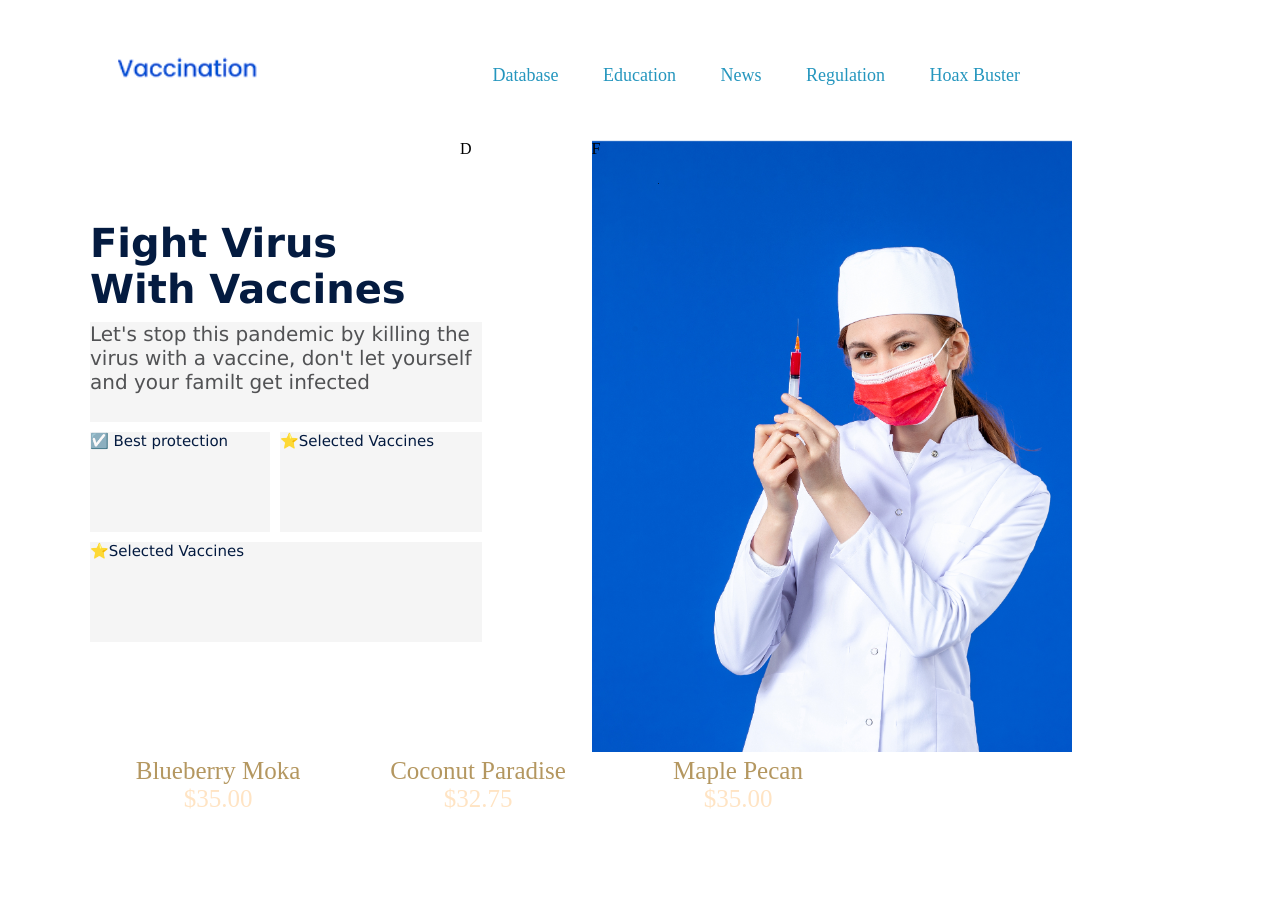
Repository: roge64/cssfrontend
Page: index.html
The author's editor kept a copy of each file at every save. The page is drawn from the files as they stood at one save, then again after the next save.
The browser window is 1280 px wide. The pictures show the part of the page from y = 0 to 912 px (the page is 2228 px tall before and 2338 px after).
A picture or video elsewhere on the page could not be fetched, so the positions and the page height are approximate.

Above is the page before, as saved 2022-03-10 17:00:22.

### index.html
<!DOCTYPE html>
<html lang="en">

<head>
    <meta charset="UTF-8">
    <meta http-equiv="X-UA-Compatible" content="IE=edge">
    <meta name="viewport" content="width=device-width, initial-scale=1.0">
    <title>3 Cakes</title>
    <link rel="stylesheet" href="estilos/estilos.css">


</head>

<body>

    <section id="container">

        <header>
            <!--             <p style="color:#b49760"> Only 3 cakes for 3 months, and then we change all! </p> -->

        </header>

    <section id="banner">

        <article id="banner1">

        </article>

        <article id="banner2">
            <ul class="menu">
                <li><a href="#home"></a>Database</li>
                <li><a href="#cakes"></a>Education</li>
                <li><a href="#decor"></a>News</li>
                <li><a href="#order"></a>Regulation</li>
                <li><a href="#admin"></a>Hoax Buster</li>
                <!-- <li><a href="#void"></a>   </li> -->
            </ul>
        </article>

    </section>


<!--     <section id="tienda">
        <article id="cake1"> </article>
        <article id="cake2"> </article>
        <div class="wrapper">
            <div class="box e">E</div>
            <div class="box f">F</div>
            <div class="box g">G</div>
            <div class="box h">H</div>
        </div>
    </section> -->

    <div class="wrapper">
        <div class="box d">D</div>
        <div class="box e" style="color:#041b40">Fight Virus With Vaccines</div>
        <div class="box f">F</div>
        <div class="box g" style="color:#515254"> Let's stop this pandemic by killing the virus with a vaccine, don't let yourself and your familt get infected</div>
        <div class="box h" style="color:#041b40">☑️ Best protection</div>
        <div class="box i" style="color:#041b40"> ⭐Selected Vaccines</div>
        <div class="box j" style="color:#041b40"> ⭐Selected Vaccines</div>
    </div>

    <section id="names">
        <article id="name1">
            <p style="color:#b49760"> Blueberry Moka</p>
            <p style="color: bisque"> $35.00</p>
        </article>
        <article id="name2">
            <p style="color:#b49760"> Coconut Paradise</p>
            <p style="color: bisque"> $32.75</p>
        </article>
        <article id="name3">
            <p style="color:#b49760"> Maple Pecan</p>
            <p style="color: bisque"> $35.00</p>
        </article>
    </section>

    <section id="separador">


    </section>

    <section id="social">
        <article id="social1">
            <a href="#"><img src="img/instagram.png" alt="instagram"></a>
            <a href="#"><img src="img/facebook.png" alt="facebook"></a>
            <a href="#"><img src="img/youtube.png" alt="youtube"></a>
            <a href="#"><img src="img/twitter.png" alt="twitter"></a>
        </article>

        <article id="social2">
            <div id="lte_icons-2" class="widget widget_lte_icons">
                <h3 class="lte-header-widget " style="color:bisque"><span class="widget-icon"></span>Contact us
                </h3>
                <ul class="lte-social-icons-list">
                    <li>
                        <a href="#"><span class="lte-ic icon icon-phone-call"></span><span class="lte-header"
                                style="color:bisque">Phone:</span><span class="lte-txt" style="color:#b49760">+52
                                01-2345-6789<br> </span>
                        </a>
                    </li>
                    <li>
                        <a href="#"><span class="lte-ic icon icon-location"></span><span class="lte-header"
                                style="color:bisque">Our location:</span><span class="lte-txt" style="color:#b49760">975
                                FrontEnd Ave, NA 105048, Unknown</span>
                        </a>
                    </li>
                    <li>
                        <a href="#"><span class="lte-ic icon icon-mail"></span><span class="lte-header"
                                style="color:bisque">Email:</span><span class="lte-txt"
                                style="color:#b49760">3cakes@3cakes.com</span>
                        </a>
                    </li>
                    <li>
                        <a href="#">
                            <span class="lte-ic icon icon-mail"></span>
                            <span class="lte-header" style="color:bisque">Hours:</span>
                            <span class="lte-txt" style="color:#b49760">Monday - Friday: 10:00 - 20:00</span>
                            <br>
                            <span class="lte-txt" style="color:#b49760">Saturday -Sunday: 10:00 - 14:00</span>
                        </a>
                    </li>
                </ul>
            </div>

        </article>
    </section>


    <footer>
        <p style="color:#b49760"> Copyright &copy; 2021-<script>
                document.write(new Date().getFullYear())
            </script> Rogelio Valdés All Rights Reserved</p>
        <article id="footer1"></article>
    </footer>

    </section>

</body>

</html>

### estilos/estilos.css
*{
    border: 0 ;
    margin: 0 ;
    padding: 0;
/*     text-decoration: none; */
}

body{
/*     font-family: Geneva; */
    background-color: rgb(0, 0, 0);
    width:1100px;
    margin-left:auto;
    margin-right:auto;

    background-color:white;
/* background-image:
radial-gradient(circle at 100% 150%, black 24%, #101010 24%, #101010 28%, black 28%, black 36%, #101010 36%, #101010 40%, transparent 40%, transparent),
radial-gradient(circle at 0    150%, black 24%, #101010 24%, #101010 28%, black 28%, black 35%, #101010 36%, #101010 40%, transparent 40%, transparent),
radial-gradient(circle at 50%  100%, #101010 10%, black 10%, black 23%, #101010 23%, #101010 30%, black 30%, black 43%, #101010 43%, #101010 50%, black 50%, black 63%, #101010 63%, #101010 71%, transparent 71%, transparent),
radial-gradient(circle at 100% 50%, #101010 5%, black 5%, black 15%, #101010 15%, #101010 20%, black 20%, black 29%, #101010 29%, #101010 34%, black 34%, black 44%, #101010 44%, #101010 49%, transparent 49%, transparent),
radial-gradient(circle at 0    50%, #101010 5%, black 5%, black 15%, #101010 15%, #101010 20%, black 20%, black 29%, #101010 29%, #101010 34%, black 34%, black 44%, #101010 44%, #101010 48%, transparent 49%, transparent);
background-size: 50px 31px;
 */
}

.menu{
    list-style: none;
    padding: 0;
    background: white;
    width: 90%;
    height: 75px;
    max-width: 900px;
    margin: auto;
}

.menu li{
    text-decoration: none;
    color: #2596be;
    padding: 20px;
    display: block;
}

.menu li{
    display: inline-block;
    text-align: right;
}

.menu li:hover{
    background: #2747c5;
}


#container, header, #banner, #noticias, #marcas, footer, #social1{
    /* background-color:rgb(255, 255, 255); */
    background-color:white;
/* background-image:
radial-gradient(circle at 100% 150%, black 24%, #101010 24%, #101010 28%, black 28%, black 36%, #101010 36%, #101010 40%, transparent 40%, transparent),
radial-gradient(circle at 0    150%, black 24%, #101010 24%, #101010 28%, black 28%, black 35%, #101010 36%, #101010 40%, transparent 40%, transparent),
radial-gradient(circle at 50%  100%, #101010 10%, black 10%, black 23%, #101010 23%, #101010 30%, black 30%, black 43%, #101010 43%, #101010 50%, black 50%, black 63%, #101010 63%, #101010 71%, transparent 71%, transparent),
radial-gradient(circle at 100% 50%, #101010 5%, black 5%, black 15%, #101010 15%, #101010 20%, black 20%, black 29%, #101010 29%, #101010 34%, black 34%, black 44%, #101010 44%, #101010 49%, transparent 49%, transparent),
radial-gradient(circle at 0    50%, #101010 5%, black 5%, black 15%, #101010 15%, #101010 20%, black 20%, black 29%, #101010 29%, #101010 34%, black 34%, black 44%, #101010 44%, #101010 48%, transparent 49%, transparent);
background-size: 50px 31px;
 */
    height: 1500px;
    width: 1100px;

}

header{
/*     background-color:antiquewhite;
 */
    height: 40px;
    text-align: center;
    font-size: x-large;

}

#banner{
    background-color:white;
/*     background-color:rgb(25, 25, 25); */
    width: 1100px;
    height: 100px;


}


#noticias{
/*     background-color: antiquewhite;
 */
    height: 200px;
}

#tienda #names{
/*     background-color: grey; */
/* background-color:black;
background-image:
radial-gradient(circle at 100% 150%, black 24%, #101010 24%, #101010 28%, black 28%, black 36%, #101010 36%, #101010 40%, transparent 40%, transparent),
radial-gradient(circle at 0    150%, black 24%, #101010 24%, #101010 28%, black 28%, black 35%, #101010 36%, #101010 40%, transparent 40%, transparent),
radial-gradient(circle at 50%  100%, #101010 10%, black 10%, black 23%, #101010 23%, #101010 30%, black 30%, black 43%, #101010 43%, #101010 50%, black 50%, black 63%, #101010 63%, #101010 71%, transparent 71%, transparent),
radial-gradient(circle at 100% 50%, #101010 5%, black 5%, black 15%, #101010 15%, #101010 20%, black 20%, black 29%, #101010 29%, #101010 34%, black 34%, black 44%, #101010 44%, #101010 49%, transparent 49%, transparent),
radial-gradient(circle at 0    50%, #101010 5%, black 5%, black 15%, #101010 15%, #101010 20%, black 20%, black 29%, #101010 29%, #101010 34%, black 34%, black 44%, #101010 44%, #101010 48%, transparent 49%, transparent);
background-size: 50px 31px; */

    height: 300px;
    width: 1000px;
    padding-left: 10px;
    padding-right: 10px;
    padding-top: 5px;
    text-align: center;
}

#marcas{
/*     background-color:rgb(58, 41, 18); */
    height: 205px;
}


footer{
    width: 800px;
/*     background-color:rgb(0, 0, 0); */
    text-align: center;
    height: 25px;
    padding-top: 7px;

}


#banner #banner1{
/*     background-color: rgb(180, 134, 73); */
    width: 170px;
    height: 50px;
    float: left;
    text-align: center;
/*     display: inline-block; */
    margin: 5px 5px;
    background-image: url("../img/logo1.png");
    background-repeat: no-repeat;
    background-size: cover;
}

#banner #banner2{
/*     background-color: rgb(180, 134, 73); */
    width: 750px;
    height: 100px;
    float: right;
/*     display: inline-block; */
    /* vertical-align: center;  */
    margin: 5px 5px;
    font-size: 18px;
}

#noticias #news1{
/*     background-color: rgb(41, 38, 34); */
    font-size: 50px;

    text-align: center;
    width: 790px;
    height: 200px;
    display: inline-block;
    vertical-align: center;
    margin: 5px 5px;

}


#tienda #cake1{
    background: rgb(109, 175, 33);
    width: 480px;
    height: 485px;
    display: inline-block;
    vertical-align: top;
    margin: 5px 8px;

}

#tienda #cake2{
    background: cornflowerblue;
    width: 450px;
    height: 585px;
    display: inline-block;
    vertical-align: top;
    margin: 5px 70px;
    background-image: url("../img/picx1.png");
    background-repeat: no-repeat;
    background-size: cover;
}

/* #tienda #cake3{
    background: rgb(175, 169, 112);
    width: 240px;
    height: 285px;
    display: inline-block;
    vertical-align: top;
    margin: 5px 5px;
} */

#names #name1{
    font-size: 25px;
    text-align: center;
    width: 240px;
    height: 60px;
    display: inline-block;
    vertical-align: top;
    margin: 5px 8px;
}

#names #name2{
    font-size: 25px;
    text-align: center;
    width: 240px;
    height: 60px;
    display: inline-block;
    vertical-align: top;
    margin: 5px 8px;
}

#names #name3{
    font-size: 25px;
    text-align: center;
    width: 240px;
    height: 60px;
    display: inline-block;
    vertical-align: top;
    margin: 5px 8px;
}

#social #social1{
    text-decoration: none;
/*     background: rgb(109, 175, 33); */
    width: 375px;
    height: 150px;
    display: inline-block;
    vertical-align: center;
    margin: 10px 12px;
}

#social #social2{
    text-decoration: none;
/*     background: rgb(109, 175, 33); */
    width: 375px;
    height: 150px;
    display: inline-block;
    vertical-align: center;
    margin: 10px 10px;
}

#social #social1 {
    color: rgb(175, 169, 112);


}

#separador {
        width: 800px;
        text-align: center;
        height: 100px;

}

.wrapper {
    display: grid;
    grid-template-columns: repeat(1, 1fr);
    gap: 10px;
    grid-auto-rows: minmax(100px, auto);
  }


  .e {
    grid-column: 1 / 38;
    grid-row: 1 / 2;
    margin-top: 80px;
    background-color:white;
    font-family:Verdana, Geneva, Tahoma, sans-serif;
    font-size: 40px;
    font-weight: 600;
    font-stretch: expanded;
  }
  .f {
    grid-column: 50 / 99;
    grid-row: 1 / 6;
    background-color:aqua;
    background-image: url("../img/picx1.png");
    background-repeat: no-repeat;
    background-size: cover;

  }
  .g {
    grid-column: 1 / 40;
    grid-row: 2 / 3;
    margin-top: 20;
    background-color:whitesmoke;
    font-family:Verdana, Geneva, Tahoma, sans-serif;
    font-size: 20px;
    font-weight: 500;
    font-stretch: expanded;
  }
  .h {
    grid-column: 1 / 20;
    grid-row: 3 / 3;
    background-color:whitesmoke;
    font-family:Verdana, Geneva, Tahoma, sans-serif;
    font-size: 15px;
    font-weight: 200;
    font-stretch: expanded;
  }
  .i {
    grid-column: 20 / 40;
    grid-row: 3 / 3;
    background-color:whitesmoke;
    font-family:Verdana, Geneva, Tahoma, sans-serif;
    font-size: 15px;
    font-weight: 200;
    font-stretch: expanded;
  }
  .j {
    grid-column: 1 / 40;
    grid-row: 4 / 5;
    background-color:whitesmoke;
    font-family:Verdana, Geneva, Tahoma, sans-serif;
    font-size: 15px;
    font-weight: 200;
    font-stretch: expanded;
  }

After the next save:
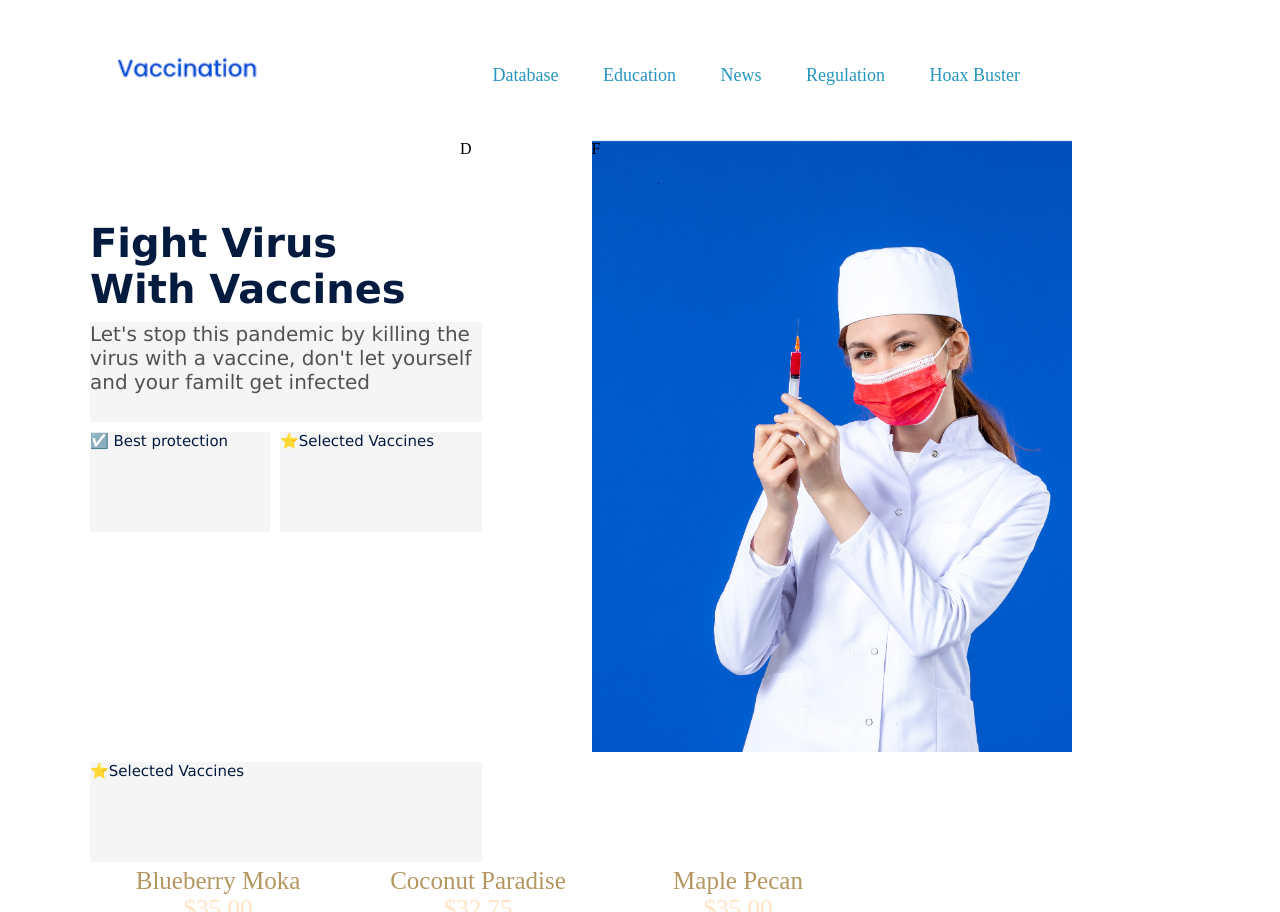
Saved 11 s later.
--- a/estilos/estilos.css
+++ b/estilos/estilos.css
@@ -315,7 +315,7 @@
   }
   .j {
     grid-column: 1 / 40;
-    grid-row: 4 / 5;
+    grid-row: 6 / 6;
     background-color:whitesmoke;
     font-family:Verdana, Geneva, Tahoma, sans-serif;
     font-size: 15px;
